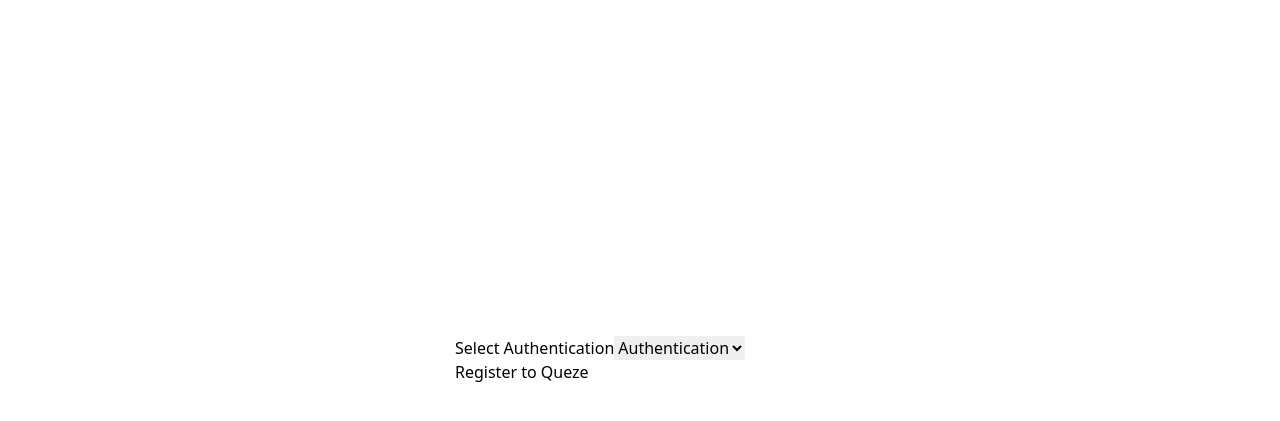
Repository: AbdalrahmanEldeep/FIBOTIC
Page: /
These files come from the project's save history. The page is drawn as it stood at one moment and after the next save; the edit follows.
The browser window is 1280 px wide. The pictures show the whole page.
The project was rebuilt for these pictures with package versions that can differ from the ones it lists, and the page was loaded fresh each time. Also part of the build but not shown: vite.config.js, src/pages/protecter.jsx, src/pages/exame.jsx.

Above is the page before, as saved 2023-01-06 23:07:03.

After the next save:
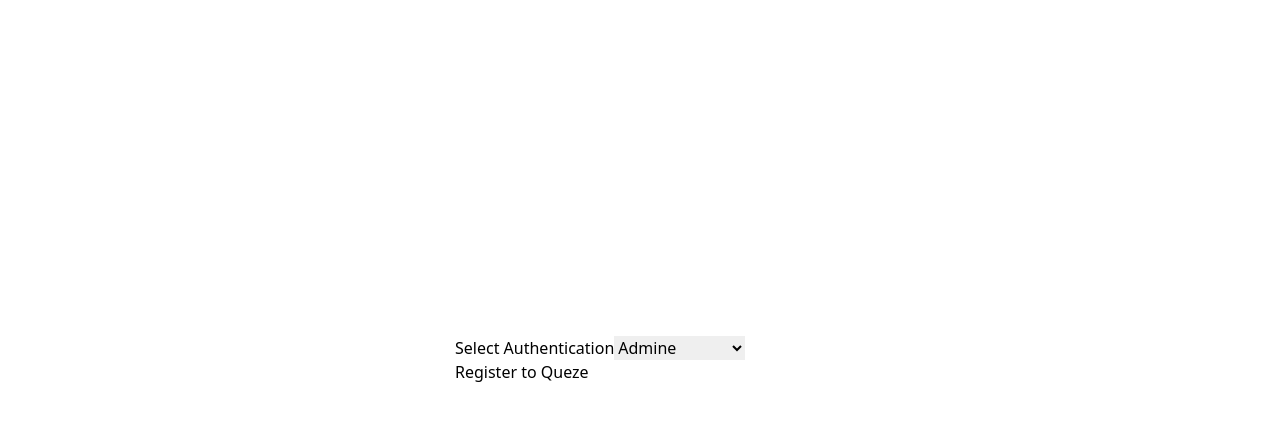
Saved 11 s later.
--- a/src/components/cntForm.jsx
+++ b/src/components/cntForm.jsx
@@ -6,7 +6,7 @@
             <div className="flex flex-col gap-2 items-start mb-6">
                 <label htmlFor="countries" className="block mb-2 text-sm font-medium text-gray-900 dark:text-white">Select Authentication</label>
                 <select id="countries" className="bg-gray-50 border border-gray-300 text-gray-900 text-sm rounded focus:ring-blue-500 focus:border-blue-500 block w-full p-2.5 dark:bg-gray-700 dark:border-gray-600 dark:placeholder-gray-400 dark:text-white dark:focus:ring-blue-500 dark:focus:border-blue-500">
-                    <option defaultValue="Section">Authentication</option>
+                    <option defaultValue="Section" disabled>Authentication</option>
                     <option value="1">Admine</option>
                     <option value="2">Student</option>
                 </select>

After the save that followed:
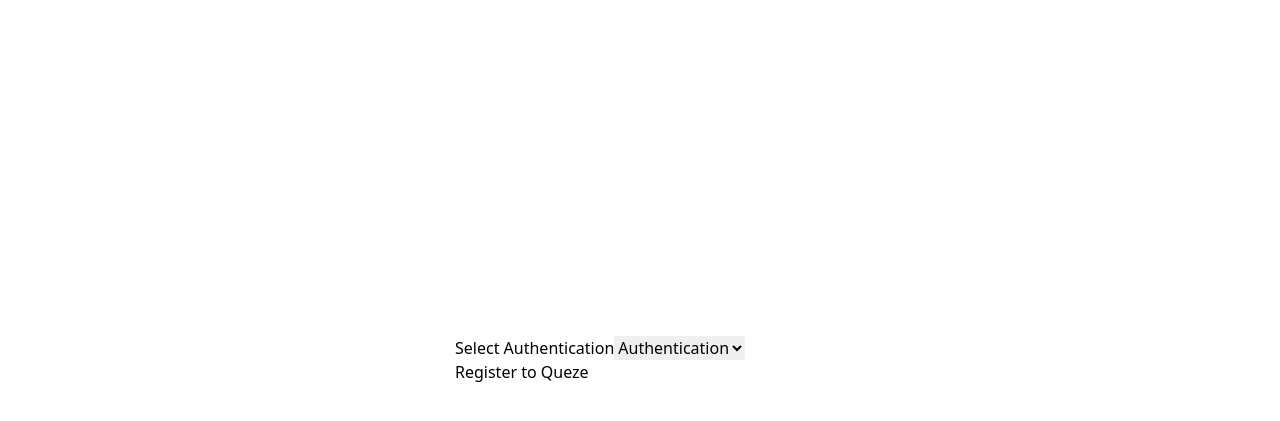
Saved 20 s later.
--- a/src/components/cntForm.jsx
+++ b/src/components/cntForm.jsx
@@ -6,7 +6,7 @@
             <div className="flex flex-col gap-2 items-start mb-6">
                 <label htmlFor="countries" className="block mb-2 text-sm font-medium text-gray-900 dark:text-white">Select Authentication</label>
                 <select id="countries" className="bg-gray-50 border border-gray-300 text-gray-900 text-sm rounded focus:ring-blue-500 focus:border-blue-500 block w-full p-2.5 dark:bg-gray-700 dark:border-gray-600 dark:placeholder-gray-400 dark:text-white dark:focus:ring-blue-500 dark:focus:border-blue-500">
-                    <option defaultValue="Section" disabled>Authentication</option>
+                    <option defaultValue="Authentication">Authentication</option>
                     <option value="1">Admine</option>
                     <option value="2">Student</option>
                 </select>
